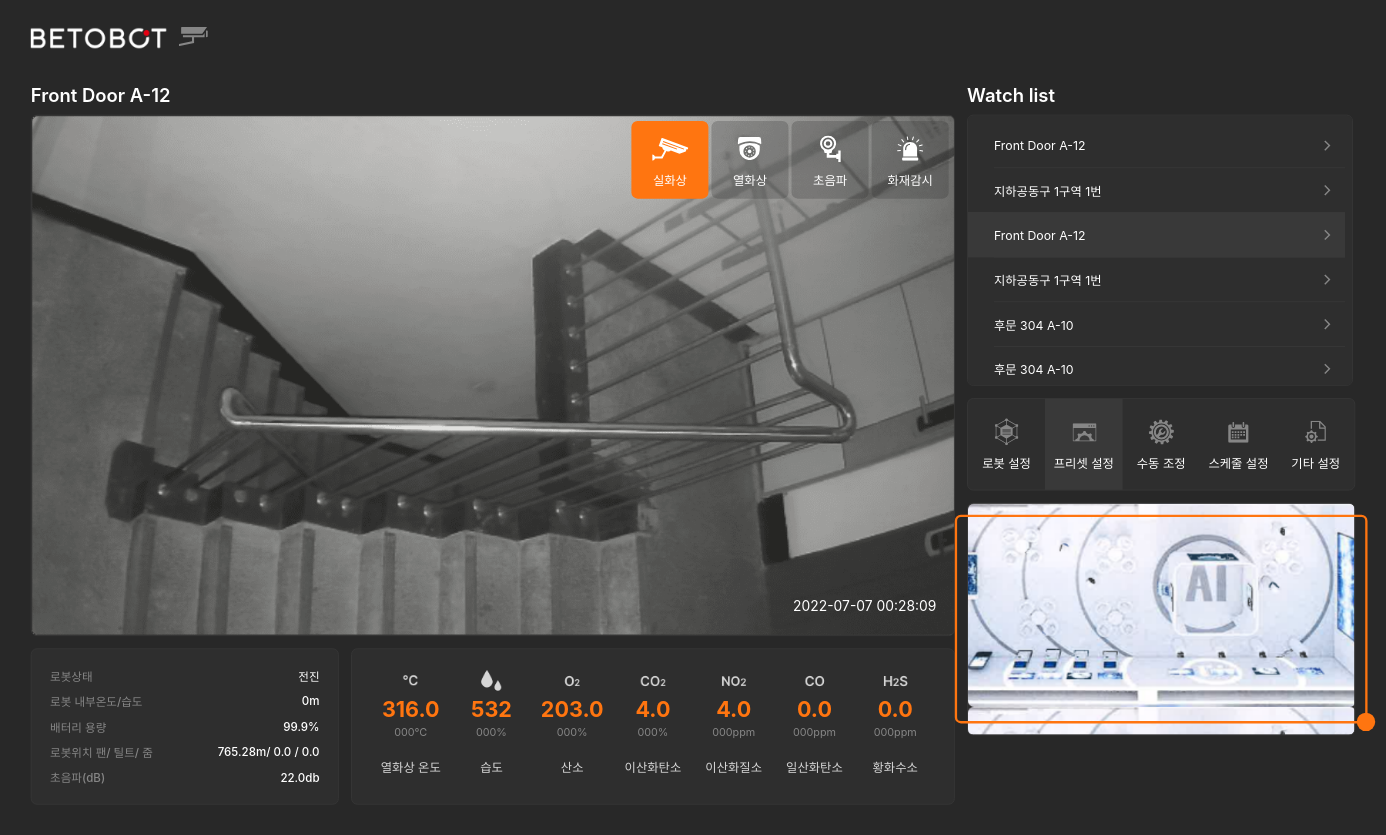
Repository: jang0ha/betobot
Page: content/main/main.html
These files come from the project's save history. The page is drawn as it stood at one moment and after the next save; the edit follows.
The browser window is 1280 px wide. The page is 1800 px wide, so the pictures cover 1800 px, including what lies to the right of the window. The pictures show the whole page, at 77% of full size.
Some web fonts or font styles are not loaded; a fallback is used. The style sheet was rebuilt from its Sass, Less or Tailwind sources for each picture, by a compiler version that may differ from the author's.

Above is the page before, as saved 2022-07-19 10:56:40.

After the next save:
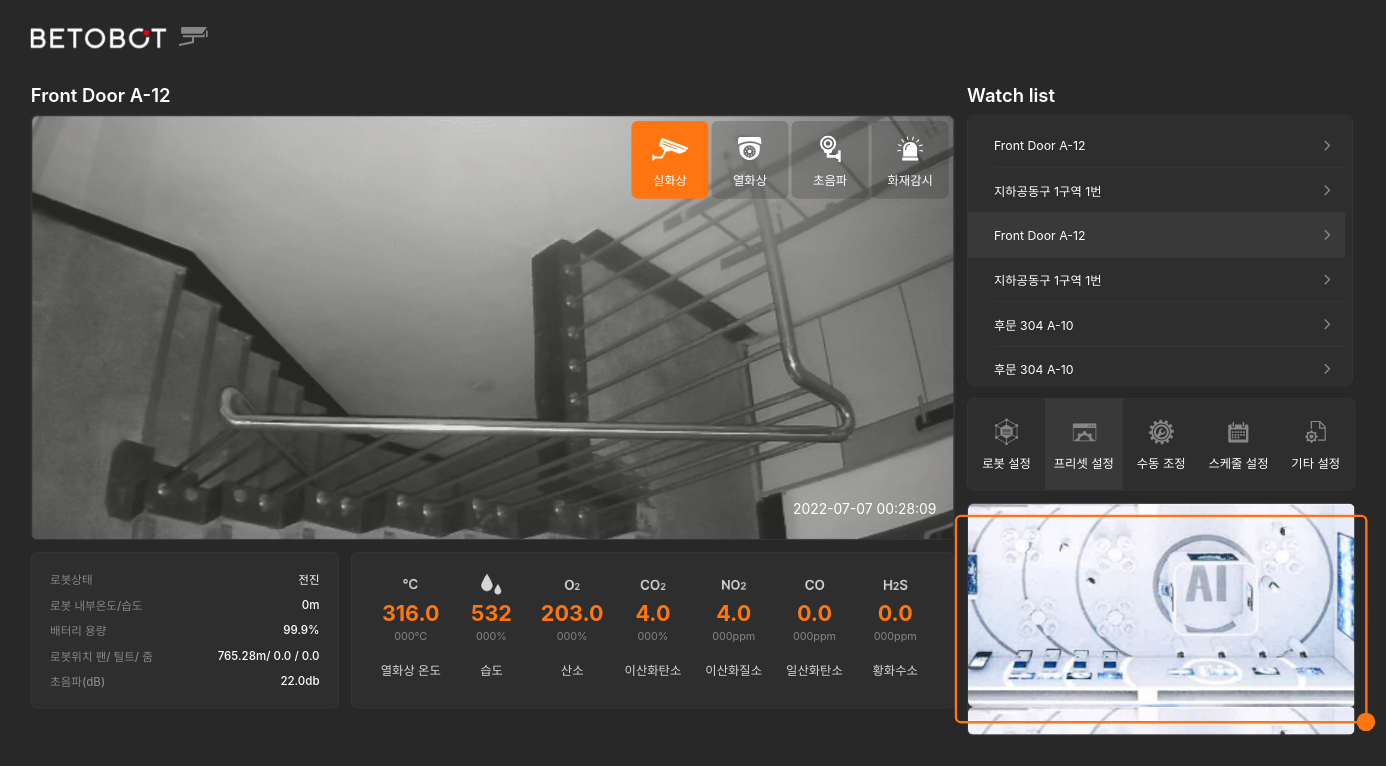
Saved 109 s later.
--- a/resources/scss/style.scss
+++ b/resources/scss/style.scss
@@ -135,7 +135,7 @@
 .front-list-wrap{
     position: relative;
     width: 100%;
-    height: 675px;
+    height: 550px;
     background-repeat: no-repeat;
     background-size: cover;
     .front-btn-wrap{
